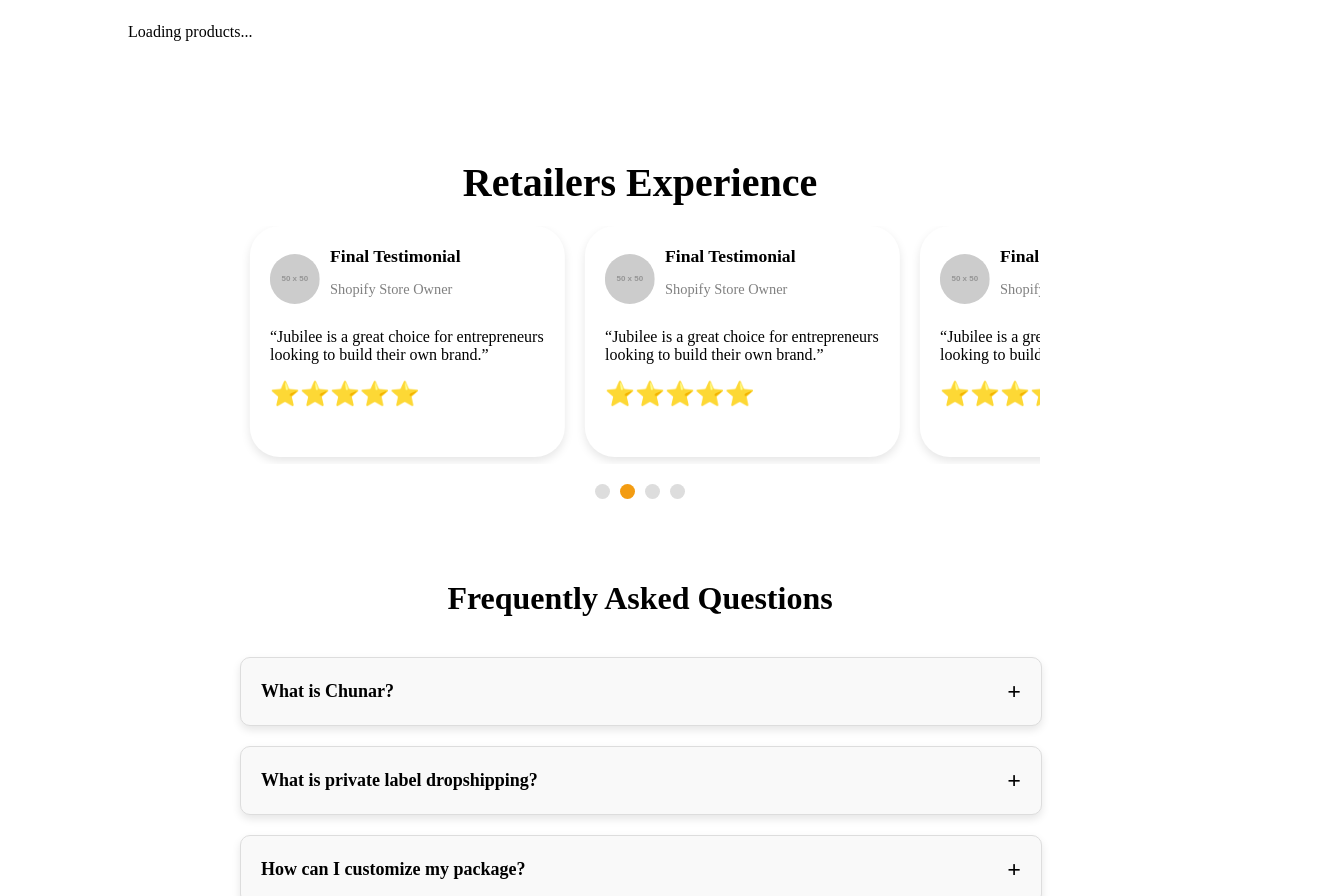
Repository: Nn-Exe/chunar-ecommerce
Page: / (app in ecommerce-frontend/)
These files come from the project's save history. The page is drawn as it stood at one moment and after the next save; the edit follows.
The browser window is 1280 px wide. The page is 1320 px wide, so the pictures cover 1320 px, including what lies to the right of the window. The pictures show the part of the page from y = 938 to 1834 px (the page is 2037 px tall before and 2019 px after).
The page's requests for data from a server got no answer. The project was rebuilt for these pictures with package versions that can differ from the ones it lists, and the page was loaded fresh each time. No one was signed in, and anything a server would have sent is missing.

Above is the page before, as saved 2024-09-11 18:03:34.

### ecommerce-frontend/src/App.js
import React, { useState, useEffect } from 'react';
import './App.css';
import { BrowserRouter as Router, Route, Routes } from 'react-router-dom';  // Importing React Router
import Navbar from './components/Navbar';  // Correct way to import default export
import HeroSection from './components/HeroSection';  // Correct way to import default export
import ProductList from './components/ProductList';  // Correct way to import default export
import Faq from './components/Faq';  // Import the Faq component from the components folder
import TestimonialCarousel from './components/TestimonialCarousel';


// Home page component (the default view)
function Home({ products }) {
  return (
    <div className="home-page">
      {/* Hero Section */}
      <div className="hero-container">
        <HeroSection />
      </div>

      {/* Featured Products Section */}
      <section className="products-section">
        <div className="section-header">
          <h2>Featured Products</h2>
        </div>

        <div className="product-grid">
          <ProductList products={products} />
        </div>
      </section>

      <br />

      {/* FAQ Section */}

      <TestimonialCarousel />
      <Faq />  {/* Using the imported Faq component */}

      {/* Add more sections here */}

      <br />

      <section className="about-section">
        <div className="about-content">
          <h3>About Us</h3>
          <p>Learn more about our company and our mission.</p>
        </div>
      </section>
    </div>
  );
}

// Other page components
function Live() {
  return <h2>Live Page</h2>;
}

function Contacts() {
  return <h2>Contacts Page</h2>;
}

function SocialMedia() {
  // External link can be opened using an anchor tag, so no need for a separate page.
  window.location.href = "https://linktr.ee/chunar.co";  // Redirect to external social media page
  return null;
}

function App() {
  const [products, setProducts] = useState([]);

  useEffect(() => {
    fetch('http://localhost:5000/api/products')
      .then((response) => response.json())
      .then((data) => setProducts(data))
      .catch((error) => console.error('Error fetching products:', error));
  }, []);

  return (
    <Router>
      <div className="App">
        <header className="App-header">
          <h1>Chunar.Co</h1>
          <Navbar />
        </header>

        <Routes>
          {/* Home page route */}
          <Route path="/" element={<Home products={products} />} />

          {/* Other pages */}
          <Route path="/live" element={<Live />} />
          <Route path="/contacts" element={<Contacts />} />

          {/* Redirect to external social media link */}
          <Route path="/social-media" element={<SocialMedia />} />
        </Routes>
      </div>
    </Router>
  );
}

export default App;

### ecommerce-frontend/src/App.css
/* Global for entire app */

* {
  font-family: 'Times New Roman', Times, serif;
}


/* ------------- Main Structure ------------ */

.App-header {
  background-color: #333;
  color: white;
  padding: 20px;
  text-align: center;
}

nav ul {
  list-style-type: none;
  padding: 0;
  margin: 0;
  display: flex;
  justify-content: center;
  gap: 20px;
}

nav ul li a {
  color: white;
  text-decoration: none;
  font-size: 16px;
}

.hero {
  position: relative;
  text-align: center;
}

.hero-banner {
  width: 100%;
  height: 700px;
  object-fit: cover;
}

.hero-text {
  position: absolute;
  top: 50%;
  left: 50%;
  transform: translate(-50%, -50%);
  color: white;
  font-size: 24px;
  font-weight: bold;
}

.products {
  padding: 40px;
  text-align: center;
}

.product-list {
  display: grid;
  grid-template-columns: repeat(5, 1fr);
  gap: 20px;
}

.product-card {
  border: 1px solid #ddd;
  padding: 20px;
  text-align: center;
  transition: transform 0.3s;
  border-radius: 20px;
}

.product-card img {
  max-width: 100%;
  height: auto;
  margin-bottom: 10px;
}

.product-card:hover {
  transform: scale(1.05);
}


.product-card img {
  width: 200px;
  height: 200px;
  object-fit: cover;   /* Ensures the image covers the given area */
  border-radius: 10px; /* Optional: adds rounded corners */
}



/* ----------- Home Div -------------- */

/* App.css */

.home-page {
  display: flex;
  flex-direction: column;
  align-items: center;
}

/* Hero Section */
.hero-container {
  width: 100%;
  margin-bottom: 20px;
}

/* Products Section */
.products-section {
  width: 80%;
  margin: 0 auto;
}

.section-header h2 {
  text-align: center;
  font-size: 2rem;
  margin-bottom: 20px;
}

/* About Section */
.about-section {
  background-color: #f4f4f4;
  padding: 40px;
  width: 100%;
  text-align: center;
}

.about-section h3 {
  margin-bottom: 10px;
}

.about-section p {
  font-size: 1.1rem;
}


/* ----------- FAQ Section ---------------- */


/* Center the FAQ section */
.faq-section {
  max-width: 800px; /* Set a larger max-width for the entire FAQ section */
  width: 100%;      /* Ensure it takes up 100% of the available width */
  margin: 0 auto;   /* Center the FAQ section on the page */
  text-align: center;
}

/* Style the header separately */
.faq-section h2 {
  font-size: 32px;
  margin-bottom: 40px;
}

/* Grid layout for the FAQ items (excluding the header) */
.faq-items {
  display: grid;
  grid-template-columns: 1fr; /* One column layout */
  gap: 20px; /* Space between the FAQ items */
}

/* Style each FAQ item */
.faq-item {
  border: 1px solid #ddd;
  border-radius: 10px;
  width: 100%; /* Make the FAQ item take up 100% of the container */
  background-color: #f9f9f9;
  box-shadow: 0 4px 8px rgba(0, 0, 0, 0.1);
  transition: transform 0.5s ease-in-out, background-color 330ms ease-in-out, box-shadow 330ms ease-in-out;
  overflow: hidden; /* Ensure content is hidden initially */
}

/* Box hover effect */
.faq-item:hover {
  box-shadow: 0 6px 12px rgba(0, 0, 0, 0.1);
  background-color: #f1f1f1;
}

/* Active FAQ item */
.faq-item.active {
  background-color: #ececec;
}

/* Style the FAQ question (clickable area) */
.faq-question {
  padding: 20px;
  cursor: pointer;
  display: flex;
  justify-content: space-between;
  align-items: center;
  font-weight: bold;
  font-size: 18px;
  width: 100%; /* Full width for the question area */
  box-sizing: border-box;
}

/* Style the FAQ answer */
.faq-answer {
  padding: 0 20px;
  overflow: hidden;
  max-height: 0;
  opacity: 0;
  transition: max-height 0.5s ease, opacity 0.5s ease;
  width: 100%; /* Full width for the answer area */
  box-sizing: border-box;
}

/* When the FAQ item is active, show the answer with a smooth transition */
.faq-item.active .faq-answer {
  max-height: 500px;
  opacity: 1;
  padding-bottom: 20px;
}

/* Style the icon for toggling */
.icon {
  font-size: 24px;
  font-weight: bold;
  transition: transform 0.3s ease;
}

.faq-item.active .icon {
  transform: rotate(45deg);
}

/* -----------  TestimonialCarousel ------------- */


/* Style for the testimonial section */
.testimonial-section {
  text-align: center;
  max-width: 800px;
  margin: 0 auto;
  padding: 50px 0;
}

.testimonial-section h2 {
  font-size: 2.5rem;
  margin-bottom: 20px;
}

/* Carousel container */
.carousel {
  display: flex;
  overflow: hidden;
  max-width: 100%; /* Ensure full width */
  margin: 0 auto;
}

.carousel-inner {
  display: flex;
  transition: transform 0.5s ease-in-out;
  width: calc(200% * 2); /* Width for two testimonials per slide */
}

/* Each card wrapper for two cards per slide */
.testimonial-card-wrapper {
  display: flex;
  flex: 0 0 20%; /* Each card takes 50% of the slide width */
  box-sizing: border-box;
  padding: 0 10px;
}

/* Testimonial card styling */
.testimonial-card {
  background-color: #fff;
  padding: 20px;
  border-radius: 30px;
  box-shadow: 0 4px 10px rgba(0, 0, 0, 0.1);
  text-align: left;
  margin: 0 auto;
  width: 90%;
  height: 80%;
  position: center;
}

.profile {
  display: flex;
  align-items: center;
}

.profile img {
  border-radius: 50%;
  margin-right: 10px;
}

.profile-details h4 {
  font-size: 1.1rem;
  margin: 0;
}

.profile-details p {
  font-size: 0.9rem;
  color: gray;
}

.stars {
  font-size: 1.5rem;
  color: #f39c12;
  margin-top: 10px;
}

/* Navigation dots */
.dots {
  margin-top: 20px;
}

.dot {
  height: 15px;
  width: 15px;
  margin: 0 5px;
  background-color: #ddd;
  border-radius: 50%;
  display: inline-block;
  cursor: pointer;
}

.active {
  background-color: #f39c12;
}

### ecommerce-frontend/src/components/Navbar.js
import React from 'react';
import { Link } from 'react-router-dom';

function Navbar() {
  return (
    <nav>
      <ul>
        <li><Link to="/">Home</Link></li>  {/* Links to the home page */}
        <li><Link to="/live">Live</Link></li>  {/* Links to the live page */}
        <li><a href="https://linktr.ee/chunar.co" target="_blank" rel="noopener noreferrer">Social Media</a></li> {/* Opens external link in new tab */}
        <li><Link to="/contacts">Contacts</Link></li>  {/* Links to the contacts page */}
      </ul>
    </nav>
  );
}

export default Navbar;

### ecommerce-frontend/src/components/HeroSection.js
import React from 'react';

function HeroSection() {
  return (
    <section className="hero">
      <img src="https://raw.githubusercontent.com/Nn-Exe/chunar-images/master/banner/chunar%20banner.png" alt="Banner" className="hero-banner" />
      <div className="hero-text">
        {/* <h2>Three things cannot be long hidden: The Sun, The Moon, and The Truth.</h2> */}
      </div>
    </section>
  );
}

export default HeroSection;  // Ensure you have this line

### ecommerce-frontend/src/components/ProductList.js
import React from 'react';

function ProductList({ products }) {
  return (
    <div className="product-list">
      {products.length === 0 ? (
        <p>Loading products...</p>
      ) : (
        products.map((product) => (
          <div key={product.id} className="product-card">
              <img
                src={product.image}
                alt={product.name}
                className="product-image"
              />
            <h3>{product.name}</h3>
            <p>{product.description}</p>
            <p>{product.price}</p>
          </div>
        ))
      )}
    </div>
  );
}

export default ProductList;

### ecommerce-frontend/src/components/Faq.js
import React, { useState } from 'react';

const Faq = () => {
  const [activeIndex, setActiveIndex] = useState(null);

  const toggleFaq = (index) => {
    setActiveIndex(activeIndex === index ? null : index);
  };

  return (
    <div className="faq-section">
      <h2>Frequently Asked Questions</h2>

      <div className="faq-items"> {/* Grid layout for the items */}
        <div className={`faq-item ${activeIndex === 0 ? 'active' : ''}`}>
          <div className="faq-question" onClick={() => toggleFaq(0)}>
            <span>What is Chunar?</span>
            <span className="icon">{activeIndex === 0 ? '-' : '+'}</span>
          </div>
          {activeIndex === 0 && (
            <div className="faq-answer">
              <p>Chunar is a dropshipping marketplace that lets you build your own cosmetic and skincare line with minimal upfront costs...</p>
            </div>
          )}
        </div>

        <div className={`faq-item ${activeIndex === 1 ? 'active' : ''}`}>
          <div className="faq-question" onClick={() => toggleFaq(1)}>
            <span>What is private label dropshipping?</span>
            <span className="icon">{activeIndex === 1 ? '-' : '+'}</span>
          </div>
          {activeIndex === 1 && (
            <div className="faq-answer">
              <p>Private label dropshipping allows you to sell products from suppliers with your own branding...</p>
            </div>
          )}
        </div>

        <div className={`faq-item ${activeIndex === 2 ? 'active' : ''}`}>
          <div className="faq-question" onClick={() => toggleFaq(2)}>
            <span>How can I customize my package?</span>
            <span className="icon">{activeIndex === 2 ? '-' : '+'}</span>
          </div>
          {activeIndex === 2 && (
            <div className="faq-answer">
              <p>Private labeling is a great way to showcase your brand...</p>
            </div>
          )}
        </div>
      </div>
    </div>
  );
};

export default Faq;

### ecommerce-frontend/src/components/TestimonialCarousel.js
import React, { useState, useEffect } from 'react';


const TestimonialCarousel = () => {
  const [currentSlide, setCurrentSlide] = useState(0);

  const testimonials = [
    {
      name: 'Supisara Permsuk',
      title: 'Chunar.Co Store Owner',
      text: '“I can’t say enough good things about Chunar. Our dropshipping model is efficient, and the product quality is excellent...”',
      stars: 5,
    },
    {
      name: 'Supapis Permsuk',
      title: 'Chunar.Co Store Owner',
      text: '“Starting my own beauty brand seemed daunting, but Jubilee made it incredibly easy. The customization options are fantastic...”',
      stars: 5,
    },
    {
      name: 'Another Testimonial',
      title: 'Shopify Store Owner',
      text: '“Another positive review about how amazing Jubilee is.”',
      stars: 4,
    },
    {
      name: 'Final Testimonial',
      title: 'Shopify Store Owner',
      text: '“Jubilee is a great choice for entrepreneurs looking to build their own brand.”',
      stars: 5,
    },
    {
      name: 'Final Testimonial',
      title: 'Shopify Store Owner',
      text: '“Jubilee is a great choice for entrepreneurs looking to build their own brand.”',
      stars: 5,
    },
    {
      name: 'Final Testimonial',
      title: 'Shopify Store Owner',
      text: '“Jubilee is a great choice for entrepreneurs looking to build their own brand.”',
      stars: 5,
    },
    {
      name: 'Final Testimonial',
      title: 'Shopify Store Owner',
      text: '“Jubilee is a great choice for entrepreneurs looking to build their own brand.”',
      stars: 5,
    },
    {
      name: 'Final Testimonial',
      title: 'Shopify Store Owner',
      text: '“Jubilee is a great choice for entrepreneurs looking to build their own brand.”',
      stars: 5,
    }
  ];

  // Calculate the number of slides needed (two testimonials per slide)
  const totalSlides = Math.ceil(testimonials.length / 2);

  // Auto-slide functionality
  useEffect(() => {
    const interval = setInterval(() => {
      setCurrentSlide((prevSlide) => (prevSlide + 1) % totalSlides);
    }, 4000); // Slide every 4 seconds
    return () => clearInterval(interval); // Cleanup interval on component unmount
  }, [totalSlides]);

  // Function to move the slides manually
  const moveSlide = (index) => {
    setCurrentSlide(index);
  };

  return (
    <div className="testimonial-section">
      <h2>Retailers Experience</h2>
      <div className="carousel">
        <div
          className="carousel-inner"
          style={{
            transform: `translateX(-${currentSlide * 100}%)`, // Move by 100% per slide
          }}
        >
          {testimonials.map((testimonial, index) => (
            <div className="testimonial-card-wrapper" key={index}>
              <div className="testimonial-card">
                <div className="profile">
                  <img
                    src="https://via.placeholder.com/50"
                    alt="Profile"
                  />
                  <div className="profile-details">
                    <h4>{testimonial.name}</h4>
                    <p>{testimonial.title}</p>
                  </div>
                </div>
                <p>{testimonial.text}</p>
                <div className="stars">
                  {'⭐'.repeat(testimonial.stars)}
                </div>
              </div>
            </div>
          ))}
        </div>
      </div>

      {/* Dots for navigation */}
      <div className="dots">
        {[...Array(totalSlides)].map((_, index) => (
          <span
            key={index}
            className={`dot ${index === currentSlide ? 'active' : ''}`}
            onClick={() => moveSlide(index)}
          ></span>
        ))}
      </div>
    </div>
  );
};

export default TestimonialCarousel;

Loaded but not shown: ecommerce-frontend/public/index.html (common file); ecommerce-frontend/src/index.js (common file); ecommerce-frontend/src/index.css (common file); ecommerce-frontend/src/reportWebVitals.js (common file)

After the next save:
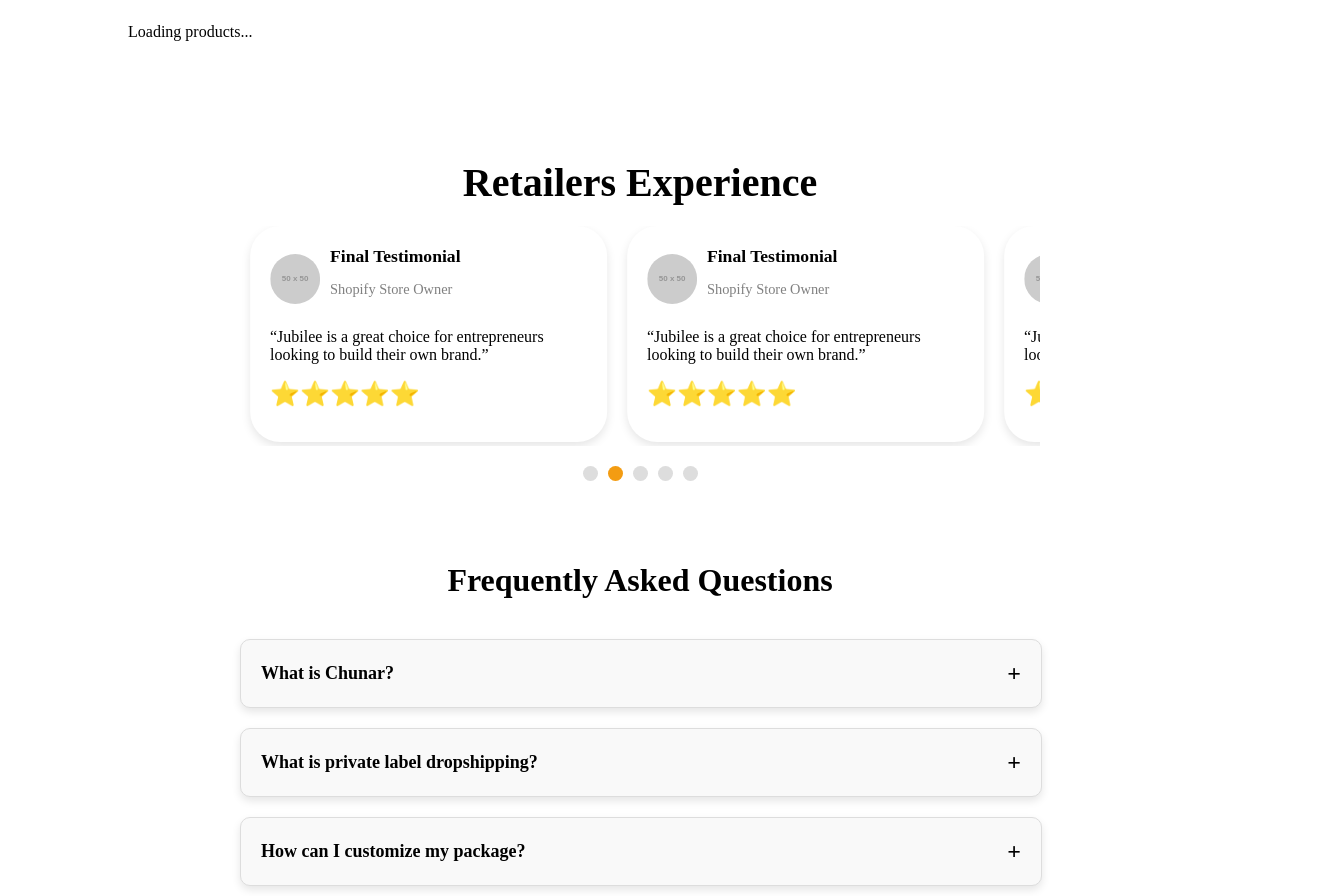
Saved 26 s later.
--- a/ecommerce-frontend/src/components/TestimonialCarousel.js
+++ b/ecommerce-frontend/src/components/TestimonialCarousel.js
@@ -22,6 +22,12 @@ const TestimonialCarousel = () => {
       title: 'Shopify Store Owner',
       text: '“Another positive review about how amazing Jubilee is.”',
       stars: 4,
+    },
+    {
+      name: 'Final Testimonial',
+      title: 'Shopify Store Owner',
+      text: '“Jubilee is a great choice for entrepreneurs looking to build their own brand.”',
+      stars: 5,
     },
     {
       name: 'Final Testimonial',
